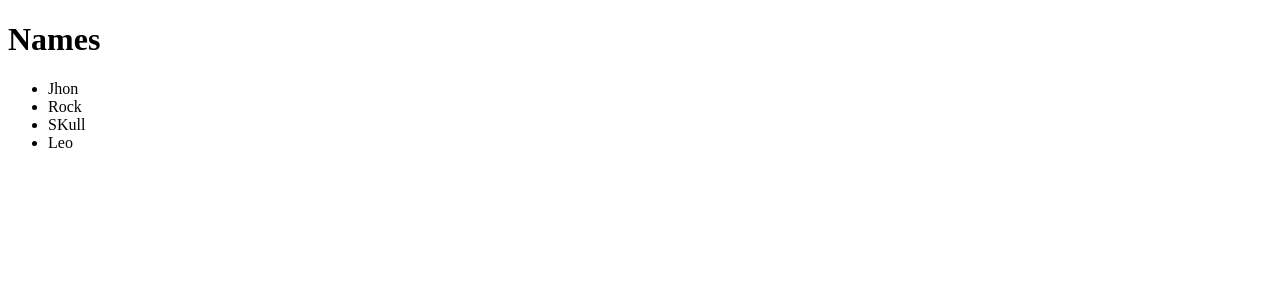
Repository: NithishKoriyar/phpprojectgh
Page: http://localhost/names.php
These files come from the project's save history. The page is drawn as it stood at one moment and after the next save; the edit follows.
The browser window is 1280 px wide. The pictures show the whole page.
The page is run by PHP 8.4 with error messages shown; the project is at /var/www/html/.

Above is the page before, as saved 2022-12-14 13:03:19.

### names.php
<?php
    $names = ['Jhon', 'Rock','SKull', 'Leo'];
?>
<!DOCTYPE html>
<html lang="en">
<head>
    <meta charset="UTF-8">
    <meta http-equiv="X-UA-Compatible" content="IE=edge">
    <meta name="viewport" content="width=device-width, initial-scale=1.0">
    <title>Document</title>
    <style>

        .more-names{
            background-color: ;
        }
        .some-names{
            background-color: green;
        }


    </style>
</head>
<body class="">
    <h1>Names</h1>
    <ul class="<?= count($names) > 3 ? 'more-names' : 'some-names' ?>">
        <?php foreach($names as $name) { ?>

          <li><?= $name ?></li>
        <?php } ?>
    </ul>

</body>
</html>

After the next save:
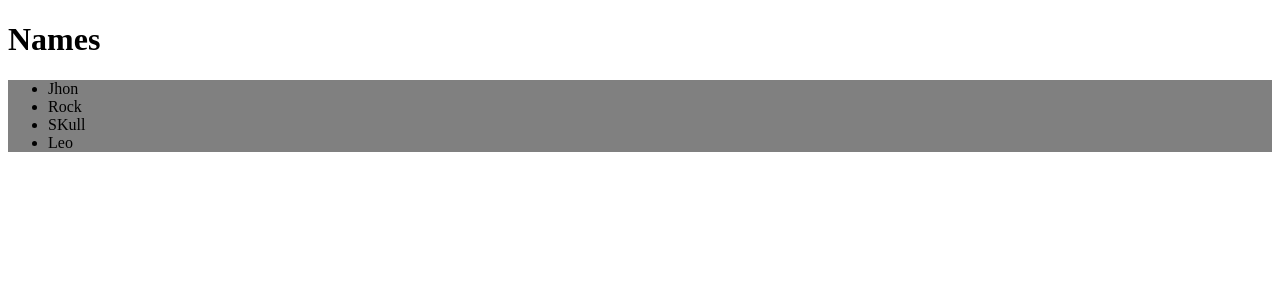
Saved 4 s later.
--- a/names.php
+++ b/names.php
@@ -11,10 +11,10 @@
     <style>
 
         .more-names{
-            background-color: ;
+            background-color: grey;
         }
         .some-names{
-            background-color: green;
+            background-color: yellow;
         }
 
 
@@ -28,6 +28,9 @@
           <li><?= $name ?></li>
         <?php } ?>
     </ul>
+    <?php
+    $names = ['Jhon', 'Rock','SKull', 'Leo'];
+?>
 
 </body>
 </html>

After the save that followed:
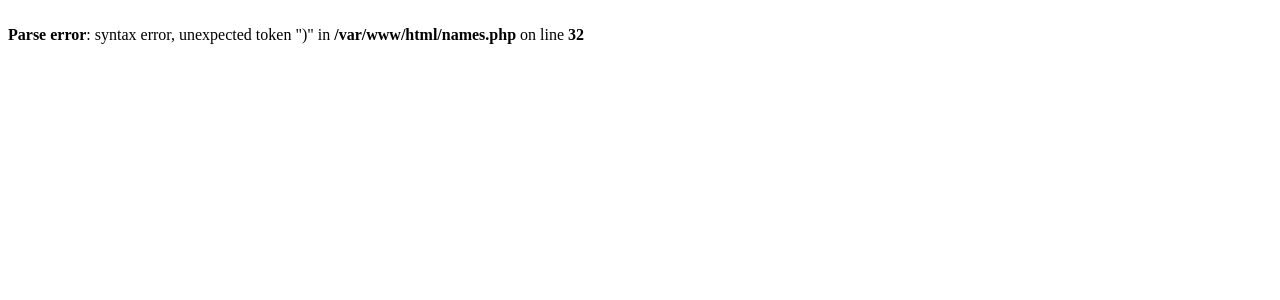
Saved 8 s later.
--- a/names.php
+++ b/names.php
@@ -29,7 +29,7 @@
         <?php } ?>
     </ul>
     <?php
-    $names = ['Jhon', 'Rock','SKull', 'Leo'];
+    if($name >)
 ?>
 
 </body>
